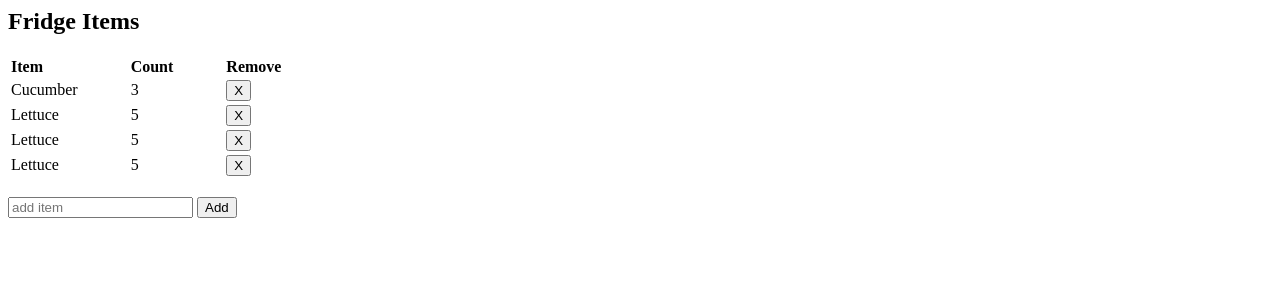
Repository: Shams97/coding_challenge
Page: problem3-solution-shams-naji.html
These files come from the project's save history. The page is drawn as it stood at one moment and after the next save; the edit follows.
The browser window is 1280 px wide. The pictures show the whole page.

Above is the page before, as saved 2021-10-27 22:48:19.

After the next save:
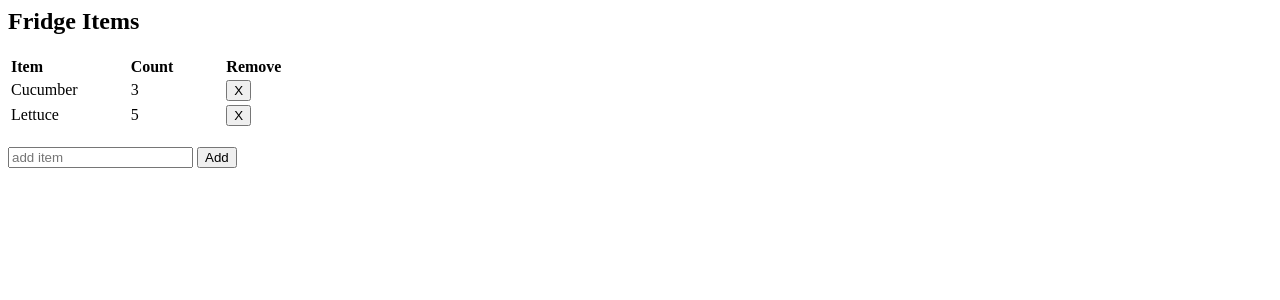
Saved 51 min 38 s later.
--- a/problem3-solution-shams-naji.html
+++ b/problem3-solution-shams-naji.html
@@ -25,18 +25,6 @@
           <td>5</td>
           <td><button onClick="remove()">X</button></td>
         </tr>
-
-        <tr>
-          <td>Lettuce</td>
-          <td>5</td>
-          <td><button onClick="remove()">X</button></td>
-        </tr>
-
-        <tr>
-          <td>Lettuce</td>
-          <td>5</td>
-          <td><button onClick="remove()">X</button></td>
-        </tr>
       </tbody>
     </table>
     <br />
@@ -45,15 +33,25 @@
   </body>
   <script>
 
+
 function add(){
   let fridge={'tomato': 1, 'onion': 1}
-   let new_item = document.getElementById("item_input").value;
-      // for(let i in fridge)
-      // {
-        // fridge.push(new_item)
-        console.log("adding item",fridge)
-      // }
+let new_item = document.getElementById("item_input").value
+Object.entries(fridge).map(item=>{
+
+
+      for(let i in item)
+      {
+
+     if(new_item==="")
+       return alert("You must add something to the fridge")
+     else return item.push(new_item)
+        }
+    })
+
 }
+
+
 
 function remove() {
         let table_ = document.getElementById("table_body");
